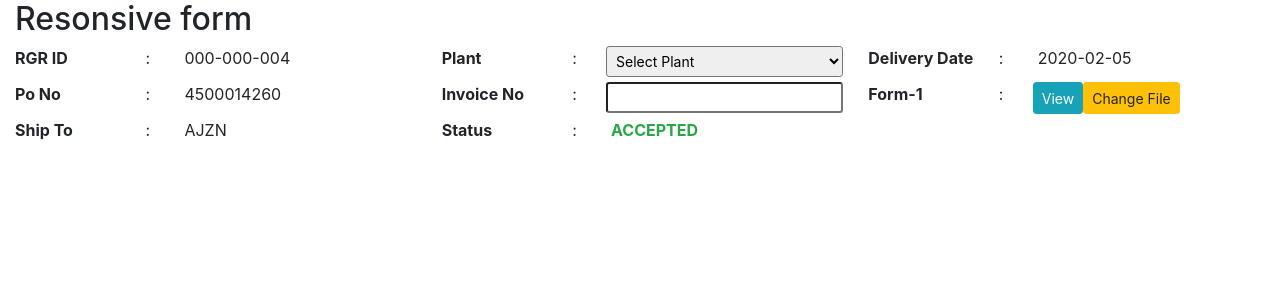
Repository: karthikairasu/Others_work
Page: form.html
The author's editor kept a copy of each file at every save. The page is drawn from the files as they stood at one save, then again after the next save.
The browser window is 1280 px wide. The pictures show the whole page.

Above is the page before, as saved 2020-06-28 17:46:20.

### form.html
<!DOCTYPE html>
<html lang="en">
  <head>
    <title>Bootstrap Example</title>
    <meta charset="utf-8" />
    <meta name="viewport" content="width=device-width, initial-scale=1" />
    <link
      rel="stylesheet"
      href="https://maxcdn.bootstrapcdn.com/bootstrap/4.5.0/css/bootstrap.min.css"
    />
    <script src="https://ajax.googleapis.com/ajax/libs/jquery/3.5.1/jquery.min.js"></script>
    <script src="https://cdnjs.cloudflare.com/ajax/libs/popper.js/1.16.0/umd/popper.min.js"></script>
    <script src="https://maxcdn.bootstrapcdn.com/bootstrap/4.5.0/js/bootstrap.min.js"></script>
  </head>
  <body>
    <div class="container-fluid">
      <h2>Resonsive form</h2>
      <form class="" action="">
        <div class="row">
          <div class="col-md-4 col-sm-6 col-12">
            <div class="form-row">
              <label class="col-md-4 col-sm-4 col-4"><b>RGR ID</b></label>
              <label class="col-md-1 col-sm-1 col-1 px-0">:</label>
              <label class="col-md-7 col-sm-7 col-7" id="RGR_ID"
                >000-000-004
              </label>
            </div>
            <div class="form-row py-1">
              <label class="col-md-4 col-sm-4 col-4"><b>Po No</b></label>
              <label class="col-md-1 col-sm-1 col-1 px-0">:</label>
              <label class="col-md-7 col-sm-7 col-7" id="Po_No"
                >4500014260
              </label>
            </div>
            <div class="form-row">
              <label class="col-md-4 col-sm-4 col-4"><b>Ship To</b></label>
              <label class="col-md-1 col-sm-1 col-1 px-0">:</label>
              <label class="col-md-7 col-sm-7 col-7" id="Ship_To">AJZN </label>
            </div>
          </div>
          <div class="col-md-4 col-sm-6">
            <div class="form-row">
              <label class="col-md-4 col-sm-4 col-4"><b>Plant</b></label>
              <label class="col-md-1 col-sm-1 col-1 px-0">:</label>
              <select
                class="form-control-sm col-md-7 col-sm-7 col-7"
                name="plant"
                style="width: 60%;"
                required=""
              >
                <option value="">Select Plant</option>

                <option value="Riyadh">Riyadh</option>

                <option value="Jeddha">Jeddha</option>

                <option value="Dammam">Dammam</option>

                <option value="PMAH ">PMAH </option>
              </select>
            </div>
            <div class="form-row py-1">
              <label class="col-md-4 col-sm-4 col-4"><b>Invoice No</b></label>
              <label class="col-md-1 col-sm-1 col-1 px-0">:</label>
              <input
                type="text"
                class="form-control-sm col-md-7 col-sm-7 col-7"
                id="Invoice_No"
              />
            </div>
            <div class="form-row">
              <label class="col-md-4 col-sm-4 col-4"><b>Status</b></label>
              <label class="col-md-1 col-sm-1 col-1 px-0">:</label>
              <label class="col-md-7 col-sm-7 text-success" id="Status"
                ><b>ACCEPTED</b></label
              >
            </div>
          </div>
          <div class="col-md-4 col-sm-6">
            <div class="form-row">
              <label class="col-md-4 col-sm-4 col-4"
                ><b>Delivery Date</b></label
              >
              <label class="col-md-1 col-sm-1 col-1 px-0">:</label>
              <label class="col-md-7 col-sm-7 col-7" id="Delivery Date"
                >2020-02-05
              </label>
            </div>
            <div class="form-row py-1">
              <label class="col-md-4 col-sm-4 col-4"><b>Form-1</b></label>
              <label class="col-md-1 col-sm-1 col-1 px-0">:</label>
              <label
                class="col-md-7 col-sm-7 col-7"
                id="form_1"
                style="display: contents;"
              >
                <button class="btn btn-info btn-sm">View</button>
                <button class="btn btn-warning btn-sm">Change File</button>
              </label>
            </div>
          </div>
        </div>
      </form>
    </div>
  </body>
</html>

After the next save:
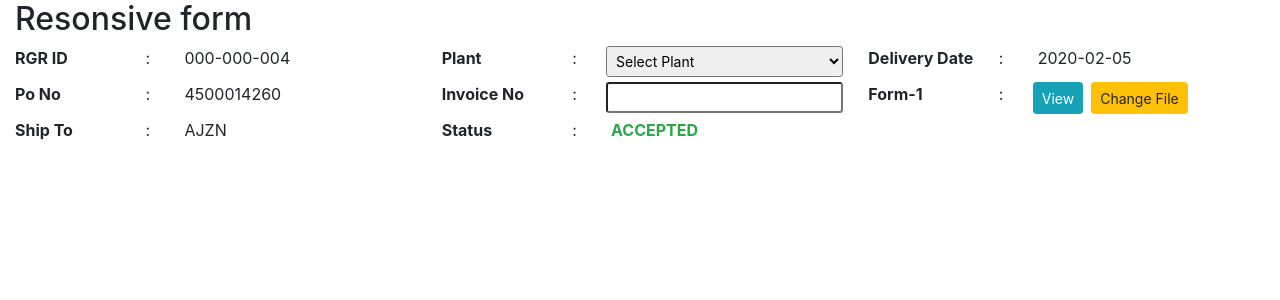
Saved 16 s later.
--- a/form.html
+++ b/form.html
@@ -94,7 +94,7 @@
                 id="form_1"
                 style="display: contents;"
               >
-                <button class="btn btn-info btn-sm">View</button>
+                <button class="btn btn-info btn-sm">View</button>&ensp;
                 <button class="btn btn-warning btn-sm">Change File</button>
               </label>
             </div>
